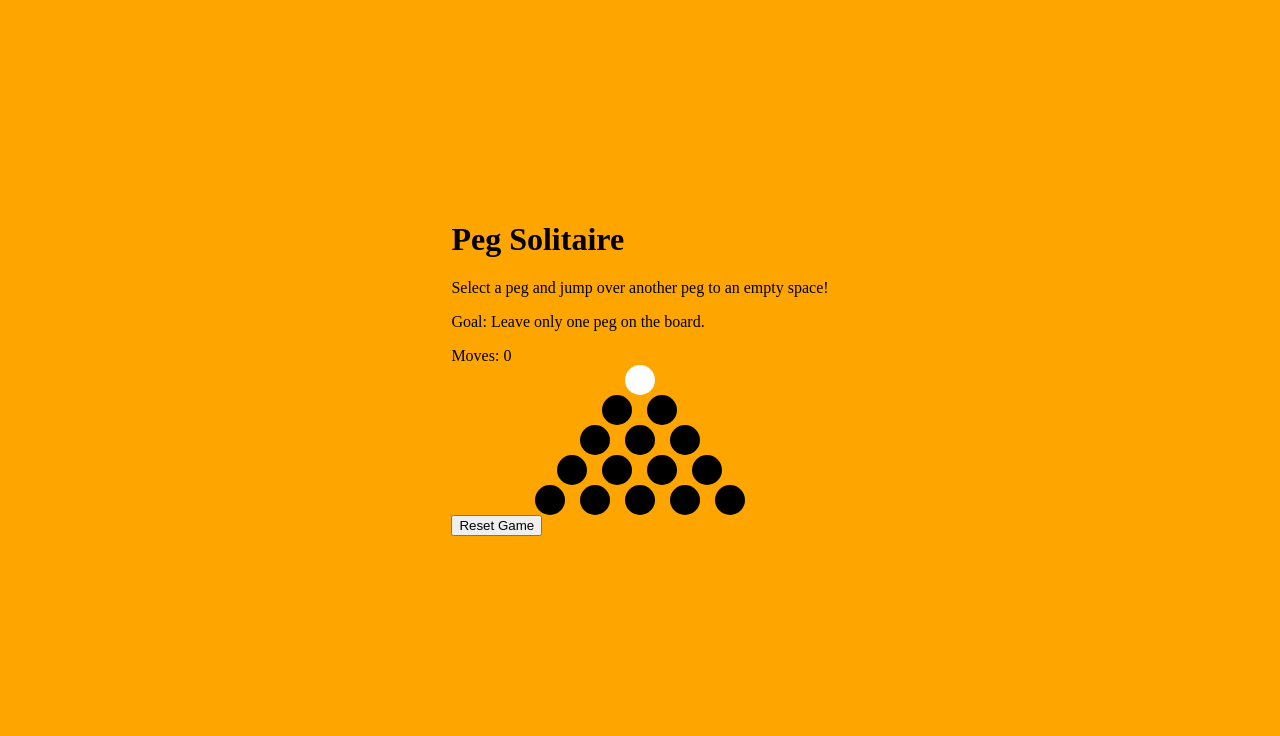
Repository: Yash19075/Mathematical-Peg-game
Page: Peg-game.html
These files come from the project's save history. The page is drawn as it stood at one moment and after the next save; the edit follows.
The browser window is 1280 px wide. The pictures show the whole page.

Above is the page before, as saved 2025-03-19 10:24:41.

After the next save:
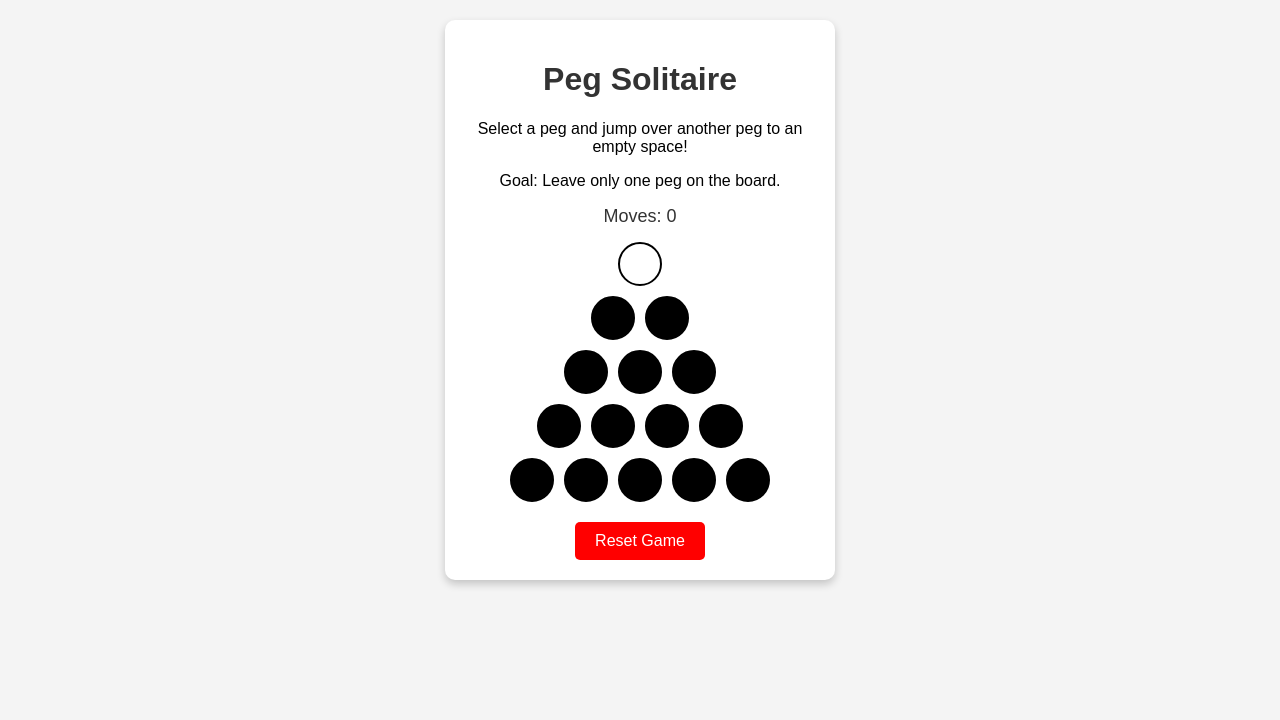
Saved 24 s later.
--- a/Peg-game.css
+++ b/Peg-game.css
@@ -1,33 +1,65 @@
 body {
-    height: 100vh;
-    display: flex;
-    justify-content: center;
-    align-items: center;
-    background-color: orange;
+    font-family: Arial, sans-serif;
+    text-align: center;
+    background-color: #f4f4f4;
 }
 
-.row {
-    display: flex;
-    gap: 15px;
-    justify-content: center;
+.container {
+    margin: 20px auto;
+    width: 350px;
+    background: white;
+    padding: 20px;
+    border-radius: 10px;
+    box-shadow: 0 4px 8px rgba(0, 0, 0, 0.2);
+}
+
+h1 {
+    color: #333;
 }
 
 .peg-board {
     display: flex;
     flex-direction: column;
     align-items: center;
+    margin-top: 10px;
 }
 
-.peg{
-    border-radius: 50%;
-    background-color: rgb(255, 255, 255);
-    color: black;
-    width: 30px;
-    align-items: center;
-    height: 30px;
-    text-align: center;
+.row {
     display: flex;
     justify-content: center;
-    font-weight: bold;
+}
+
+.peg {
+    width: 40px;
+    height: 40px;
+    margin: 5px;
+    background-color: white;
+    border: 2px solid black;
+    border-radius: 50%;
+    cursor: pointer;
+}
+
+.peg:hover {
+    background-color: lightgray;
+}
+
+#reset-btn {
+    margin-top: 15px;
+    padding: 10px 20px;
+    font-size: 16px;
+    background-color: red;
+    color: white;
+    border: none;
+    cursor: pointer;
+    border-radius: 5px;
+}
+
+#reset-btn:hover {
+    background-color: darkred;
+}
+
+#move-counter {
     font-size: 18px;
+    margin-top: 10px;
+    color: #333;
 }
